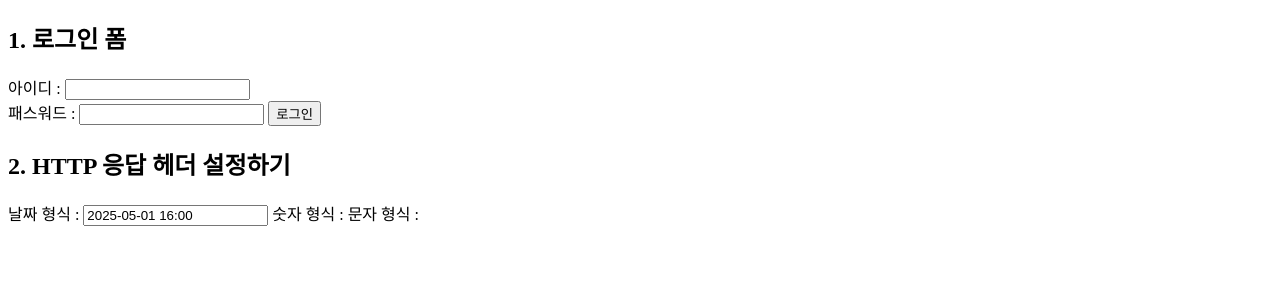
Repository: iamstudybox00/JSP_Servlet
Page: http://localhost/MustHaveJSP/02ImplicitObject/ResponseMain.jsp
The author's editor kept a copy of each file at every save. The page is drawn from the files as they stood at one save, then again after the next save.
The browser window is 1280 px wide. The pictures show the whole page.
The page is served by Tomcat 10. Other server files are loaded and not shown.

Above is the page before, as saved 2025-05-02 07:16:05.

### MustHaveJSP/src/main/webapp/02ImplicitObject/ResponseMain.jsp
<%@ page language="java" contentType="text/html; charset=UTF-8"
    pageEncoding="UTF-8"%>
<!DOCTYPE html>
<html>
	<head>
	<meta charset="UTF-8">
	<title>내장 객체 - response</title>
	</head>
	<body>
		<h2>1. 로그인 폼</h2>
		<%
		String loginErr = request.getParameter("loginErr");

		if(loginErr != null) out.println("로그인 실패");
		%>

		<form action="./ResponseLogin.jsp" method="post">
			아이디 : <input type="text" name="user_id" /><br/>
			패스워드 : <input type="text" name="user_pwd" />
			<input type="submit" value="로그인" />
		</form>

		<h2>2. HTTP 응답 헤더 설정하기</h2>
		<form action="./ResponseHeader.jsp" method="get">
			날짜 형식 : <input type="text" name="add_date" value="2025-05-01 16:00" />
			숫자 형식 :
			문자 형식 :
		</form>
	</body>
</html>

After the next save:
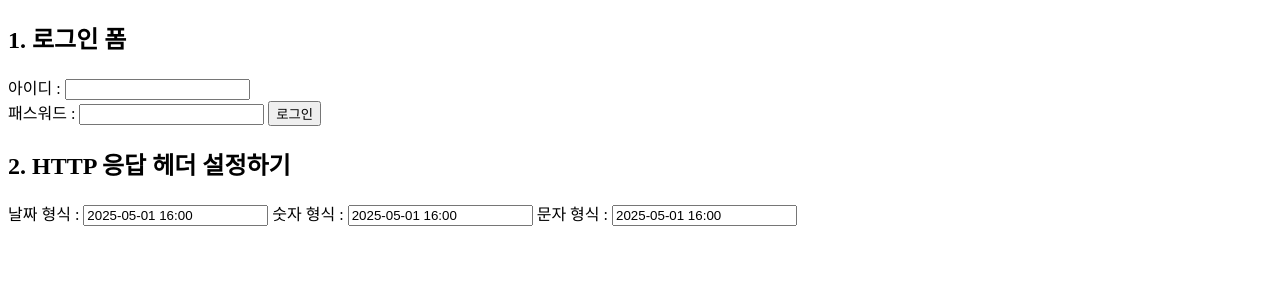
Saved 8 s later.
--- a/MustHaveJSP/src/main/webapp/02ImplicitObject/ResponseMain.jsp
+++ b/MustHaveJSP/src/main/webapp/02ImplicitObject/ResponseMain.jsp
@@ -23,8 +23,8 @@
 		<h2>2. HTTP 응답 헤더 설정하기</h2>
 		<form action="./ResponseHeader.jsp" method="get">
 			날짜 형식 : <input type="text" name="add_date" value="2025-05-01 16:00" />
-			숫자 형식 :
-			문자 형식 :
+			숫자 형식 : <input type="text" name="add_date" value="2025-05-01 16:00" />
+			문자 형식 : <input type="text" name="add_date" value="2025-05-01 16:00" />
 		</form>
 	</body>
 </html>
